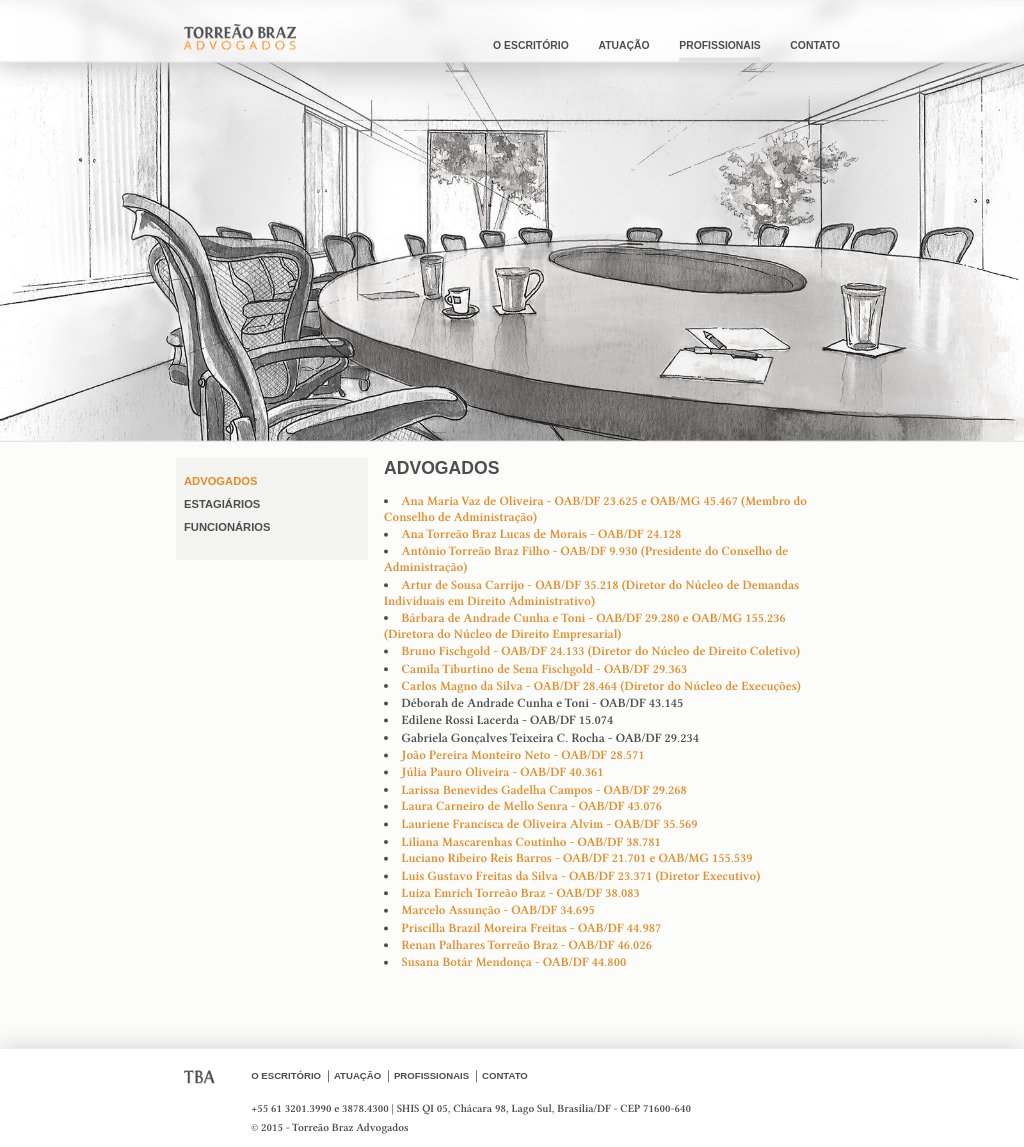
Repository: flira/torreao-braz
Page: dev/profissionais.html
The author's editor kept a record of every edit. The page is drawn from the files as they stood at one moment, then again after the next edit.
The browser window is 1280 px wide. The pictures show the whole page, at 80% of full size.
Some web libraries are served in a nearby version.

Above is the page before.

After the next edit:
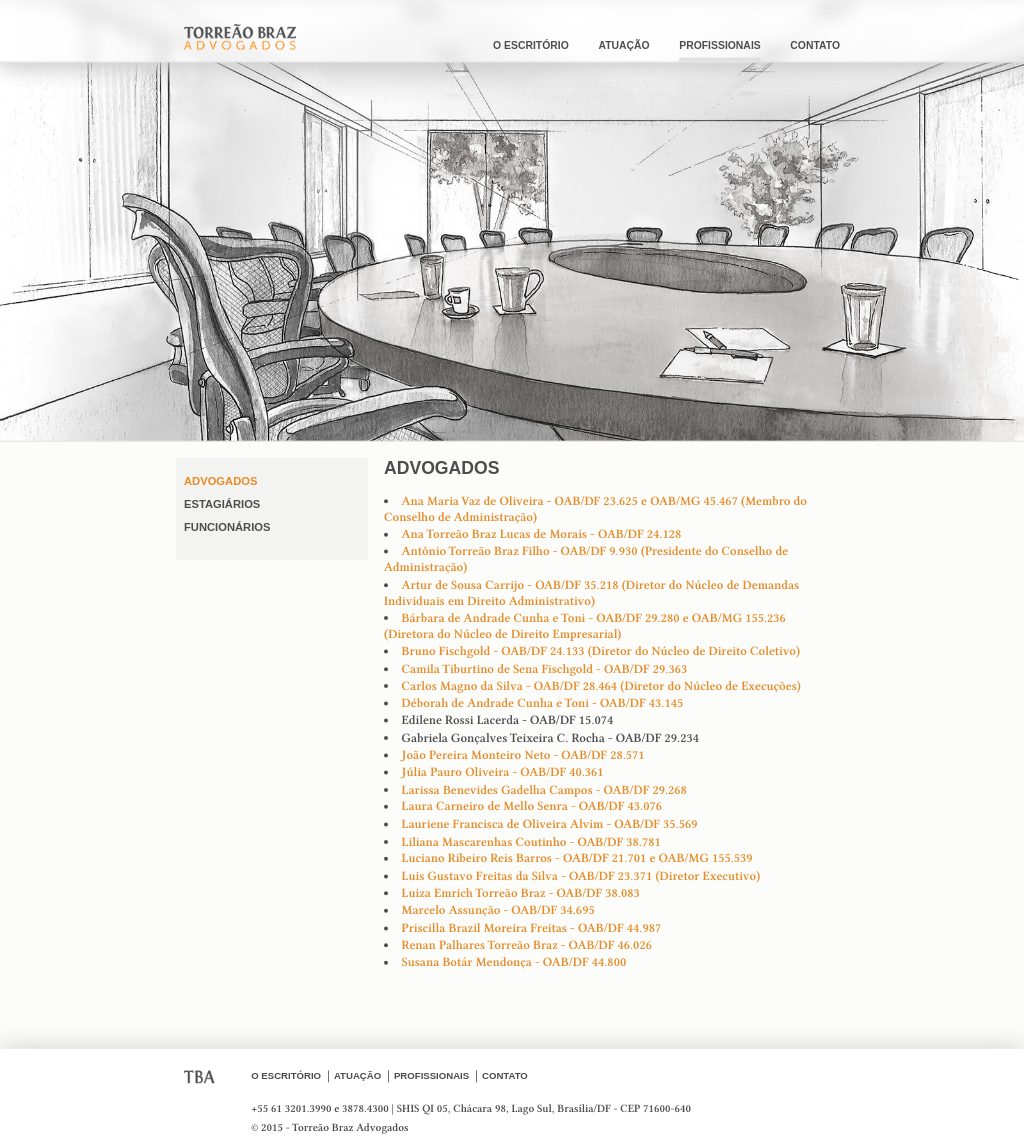
The edit:
--- a/dev/profissionais.html
+++ b/dev/profissionais.html
@@ -169,7 +169,7 @@
                 </div>
             </li>
             <li class="accordion">
-              <span>Déborah de Andrade Cunha e Toni - OAB/DF 43.145</span>
+              <a href="#" class="portfolio">Déborah de Andrade Cunha e Toni - OAB/DF 43.145</a>
                 <div>
                   <div class="content">
                     <a href="mailto:deborah@torreaobraz.com.br" class="email">deborah@torreaobraz.com.br</a>
